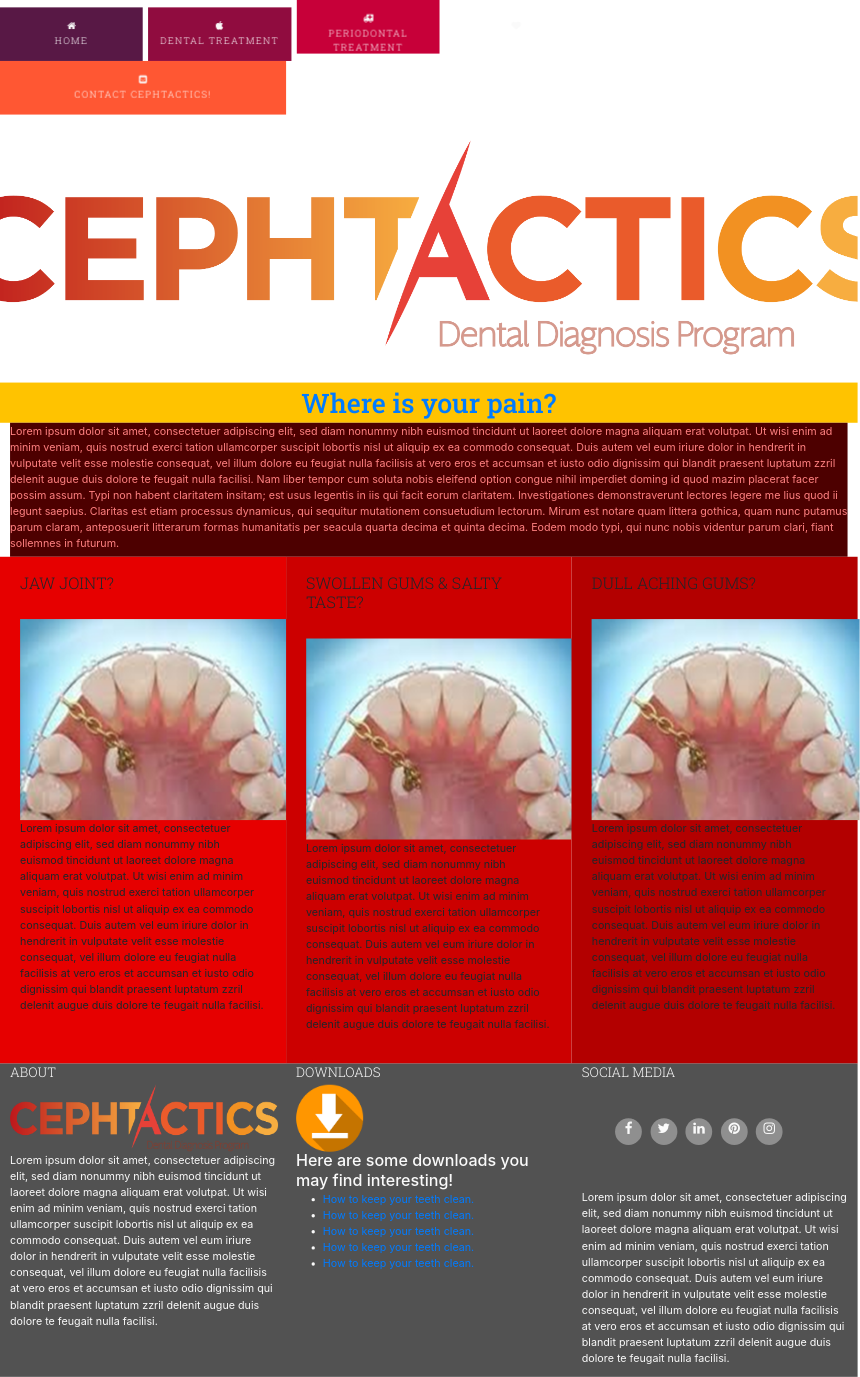
Repository: Code-Institute-Submissions/Rajjabbal-milestone-project
Page: 3other.html
The author's editor kept a record of every edit. The page is drawn from the files as they stood at one moment, then again after the next edit.
The browser window is 1280 px wide. The page is 1283 px wide, so the pictures cover 1283 px, including what lies to the right of the window. The pictures show the whole page, at 67% of full size.
Some web libraries are served in a nearby version.

Above is the page before.

### 3other.html
<!DOCTYPE html>
<html lang="en">

<head>
    <meta charset="UTF-8">
    <meta name="viewport" content="width=device-width, initial-scale=1.0">
    <meta http-equiv="X-UA-Compatible" content="ie=edge">
    <link rel="stylesheet" href="https://stackpath.bootstrapcdn.com/bootstrap/4.2.1/css/bootstrap.min.css" type="text/css" />
    <link rel="stylesheet" href="https://stackpath.bootstrapcdn.com/font-awesome/4.7.0/css/font-awesome.min.css" type="text/css" />
    <link rel="stylesheet" href="assets/css/style.css" type="text/css" />
    <link rel="stylesheet" href="https://cdnjs.cloudflare.com/ajax/libs/hover.css/2.3.1/css/hover-min.css" type="text/css" />
    <title>Milestone Project 1</title>
</head>

<body>
    <header>
        <div class="row no-gutters">
            <div class="col-md-12">
                <ul id="nav" class="list-inline menucontainer">
                    <li class="col-sm-2 ui-menu-color-home list-inline-item menuitem">
                        <a href="#" class="hvr-sweep-to-bottom"><i class="fa fa-home" aria-hidden="true"></i><span>Home</span>
                        </a>
                    </li>
                    <li class="col-sm-2 ui-menu-color-dental list-inline-item menuitem">
                        <a href="#" class="hvr-sweep-to-bottom"><i class="fa fa-apple" aria-hidden="true"></i><span>Dental Treatment</span>
                        </a>
                    </li>
                    <li class="col-sm-2 ui-menu-color-periodontal list-inline-item menuitem">
                        <a href="#" class="hvr-sweep-to-bottom"><i class="fa fa-ambulance" aria-hidden="true"></i><span>Periodontal Treatment</span>
                        </a>
                    </li>
                    <li class="col-sm-2 ui-menu-color-other list-inline-item menuitem">
                        <a href="#" class="hvr-sweep-to-bottom"><i class="fa fa-heart" aria-hidden="true"></i><span>Other Treatment</span>
                        </a>
                    </li>
                     <li class="col-sm-4 ui-menu-color-contact list-inline-item menuitem">
                        <a href="#" class="hvr-sweep-to-bottom"><i class="fa fa-envelope-square" aria-hidden="true"></i><span>Contact Cephtactics!</span>
                        </a>
                    </li>
                </ul>
            </div>
        </div>
        <div class="row no-gutters">
            <a href="index.html" class="col-md-12 logo"></a>
        </div>
        <div class="row no-gutters bg-color-question">
            <div class="col-md-12 question">
                <a href="question"> Where is your pain?</a>
            </div>
        </div>

    </header>

    <section class="container-fluid">
        <div class="blurb">
            <p>Lorem ipsum dolor sit amet, consectetuer adipiscing elit, sed diam nonummy nibh euismod tincidunt ut laoreet dolore magna aliquam erat volutpat. Ut wisi enim ad minim veniam, quis nostrud exerci tation ullamcorper suscipit lobortis nisl ut
                aliquip ex ea commodo consequat. Duis autem vel eum iriure dolor in hendrerit in vulputate velit esse molestie consequat, vel illum dolore eu feugiat nulla facilisis at vero eros et accumsan et iusto odio dignissim qui blandit praesent
                luptatum zzril delenit augue duis dolore te feugait nulla facilisi. Nam liber tempor cum soluta nobis eleifend option congue nihil imperdiet doming id quod mazim placerat facer possim assum. Typi non habent claritatem insitam; est usus
                legentis in iis qui facit eorum claritatem. Investigationes demonstraverunt lectores legere me lius quod ii legunt saepius. Claritas est etiam processus dynamicus, qui sequitur mutationem consuetudium lectorum. Mirum est notare quam littera
                gothica, quam nunc putamus parum claram, anteposuerit litterarum formas humanitatis per seacula quarta decima et quinta decima. Eodem modo typi, qui nunc nobis videntur parum clari, fiant sollemnes in futurum.
            </p>
        </div>

        <div class="row">
            <div class="col-md-4 bg-color-dental section-column">
                <h4 class="section-heading uppercase">Jaw Joint?</h4>
                <img src="./assets/images/Image.png" alt="Italian Trulli" style="width:400px; height:300px;">
                <p class="inline-block">Lorem ipsum dolor sit amet, consectetuer adipiscing elit, sed diam nonummy nibh euismod tincidunt ut laoreet dolore magna aliquam erat volutpat. Ut wisi enim ad minim veniam, quis nostrud exerci tation ullamcorper suscipit lobortis nisl
                    ut aliquip ex ea commodo consequat. Duis autem vel eum iriure dolor in hendrerit in vulputate velit esse molestie consequat, vel illum dolore eu feugiat nulla facilisis at vero eros et accumsan et iusto odio dignissim qui blandit praesent
                    luptatum zzril delenit augue duis dolore te feugait nulla facilisi.</p>
            </div>
            <div class="col-md-4 bg-color-periodontal section-column">
                <h4 class="section-heading uppercase">Swollen gums & salty taste?</h4>
                <img src="./assets/images/Image.png" alt="Italian Trulli" style="width:400px; height:300px;">
                <p class="inline-block">Lorem ipsum dolor sit amet, consectetuer adipiscing elit, sed diam nonummy nibh euismod tincidunt ut laoreet dolore magna aliquam erat volutpat. Ut wisi enim ad minim veniam, quis nostrud exerci tation ullamcorper suscipit lobortis nisl
                    ut aliquip ex ea commodo consequat. Duis autem vel eum iriure dolor in hendrerit in vulputate velit esse molestie consequat, vel illum dolore eu feugiat nulla facilisis at vero eros et accumsan et iusto odio dignissim qui blandit praesent
                    luptatum zzril delenit augue duis dolore te feugait nulla facilisi.</p>
            </div>
            <div class="col-md-4 bg-color-other section-column">
                <h4 class="section-heading uppercase">Dull aching gums?</h4>
                <img src="./assets/images/Image.png" alt="Italian Trulli" style="width:400px; height:300px;">
                <p class="inline-block">Lorem ipsum dolor sit amet, consectetuer adipiscing elit, sed diam nonummy nibh euismod tincidunt ut laoreet dolore magna aliquam erat volutpat. Ut wisi enim ad minim veniam, quis nostrud exerci tation ullamcorper suscipit lobortis nisl
                    ut aliquip ex ea commodo consequat. Duis autem vel eum iriure dolor in hendrerit in vulputate velit esse molestie consequat, vel illum dolore eu feugiat nulla facilisis at vero eros et accumsan et iusto odio dignissim qui blandit praesent
                    luptatum zzril delenit augue duis dolore te feugait nulla facilisi.</p>
            </div>
        </div>

    </section>

    <footer class="container-fluid">
        <div class="row">
            <div class="col-sm-4">
                <h5 class="uppercase general-sub">About</h5>
                <img src="./assets/images/CEP-Logo DENTAL.png" alt="Italian Trulli" style="width:400px; height:100px;">
                <p class="inline-block">
                    Lorem ipsum dolor sit amet, consectetuer adipiscing elit, sed diam nonummy nibh euismod tincidunt ut laoreet dolore magna aliquam erat volutpat. Ut wisi enim ad minim veniam, quis nostrud exerci tation ullamcorper suscipit lobortis nisl ut aliquip ex
                    ea commodo consequat. Duis autem vel eum iriure dolor in hendrerit in vulputate velit esse molestie consequat, vel illum dolore eu feugiat nulla facilisis at vero eros et accumsan et iusto odio dignissim qui blandit praesent luptatum
                    zzril delenit augue duis dolore te feugait nulla facilisi.
                </p>
            </div>
            <div class="col-sm-4">
                <h5 class="uppercase general-sub">Downloads</h5>
                <img src="./assets/images/Download.jpg" alt="Italian Trulli" style="width:100px; height:100px;">
                <h4 class="download">Here are some downloads you may find interesting!
                </h4>
                <ul class="inline-block">
                    <li>
                        <a href="#" target="_blank" class="link1">
                        <span>How to keep your teeth clean.</span>
                    </a>
                    </li>
                    <li>
                        <a href="#" target="_blank" class="link2">
                        <span>How to keep your teeth clean.</span>
                    </a>
                    </li>
                    <li>
                        <a href="#" target="_blank" class="link3">
                        <span>How to keep your teeth clean.</span>
                    </a>
                    </li>
                    <li>
                        <a href="#" target="_blank" class="link4">
                        <span>How to keep your teeth clean.</span>
                    </a>
                    </li>
                    <li>
                        <a href="#" target="_blank" class="link5">
                        <span>How to keep your teeth clean.</span>
                    </a>
                    </li>
                </ul>
            </div>
            <div class="col-sm-4">
                <h5 class="uppercase general-sub">Social Media</h5>
                <ul class="list-inline social-links">
                    <li class="list-inline-item">
                        <a target="_blank" href="#">
                            <i class="fa fa-facebook" aria-hidden="true"></i>
                            <span class="sr-only">Facebook</span>
                        </a>
                    </li>
                    <li class="list-inline-item">
                        <a target="_blank" href="#">
                            <i class="fa fa-twitter" aria-hidden="true"></i>
                            <span class="sr-only">Twitter</span>
                        </a>
                    </li>
                    <li class="list-inline-item">
                        <a target="_blank" href="#">
                            <i class="fa fa-linkedin" aria-hidden="true"></i>
                            <span class="sr-only">Linkedin</span>
                        </a>
                    </li>
                    <li class="list-inline-item">
                        <a target="_blank" href="#">
                            <i class="fa fa-pinterest" aria-hidden="true"></i>
                            <span class="sr-only">Pinterest</span>
                        </a>
                    </li>
                    <li class="list-inline-item">
                        <a target="_blank" href="#">
                            <i class="fa fa-instagram" aria-hidden="true"></i>
                            <span class="sr-only">Instagram</span>
                        </a>
                    </li>
                </ul>
                <p class="inline-block">Lorem ipsum dolor sit amet, consectetuer adipiscing elit, sed diam nonummy nibh euismod tincidunt ut laoreet dolore magna aliquam erat volutpat. Ut wisi enim ad minim veniam, quis nostrud exerci tation ullamcorper suscipit lobortis nisl
                    ut aliquip ex ea commodo consequat. Duis autem vel eum iriure dolor in hendrerit in vulputate velit esse molestie consequat, vel illum dolore eu feugiat nulla facilisis at vero eros et accumsan et iusto odio dignissim qui blandit praesent
                    luptatum zzril delenit augue duis dolore te feugait nulla facilisi.</p>
            </div>

        </div>

    </footer>

</body>

</html>

### assets/css/style.css
@import url('https://fonts.googleapis.com/css?family=Roboto+Slab:100,200,300,400,500,600,700');

/*-----colors-----*/

.bg-color-question {
    background-color: #FFC300;

}

.ui-menu-color-home {
    background-color: RGB(88, 24, 69);
}

.ui-menu-color-dental {
    background-color: RGB(144, 12, 63);
}

.ui-menu-color-periodontal {
    background-color: RGB(199, 0, 57);
}

.ui-menu-color-contact {
    background-color: RGB(255, 87, 51);
}

.ui-menu-color-statement {
    background-color: RGB(23, 32, 42);
}

.bg-color-dental {
    background-color: #e60000;
}
.bg-color-periodontal {
    background-color: #cc0000;
}
.bg-color-other {
    background-color: #b30000;
}

/*-----Special paddings/margins/text-----*/

h1,
h2,
h3,
h4 {
    margin: 0;
}

.uppercase {
    text-transform: uppercase;

}

.general-sub {
    font-family: "Roboto Slab", sans-serif;
    font-weight: 300;
    color: #fafafa;
}

.inline-block {
    display: inline-block;
}

.row-table {
    display: table;
}

.section-column {
    display: table-cell;
    padding: 0 30px 30px;
    float: none;
}

.section-heading {
    font-family: "Roboto Slab", sans-serif;
    font-weight: 300;
    margin-top: 25px;
    margin-bottom: 40px;
}

/*-----heading-----*/

header {
    margin: 0px;
}

.list-inline-item:not(:last-child) {
    max-height: 80px;

}

.menucontainer {
    font-size: 0;

}

#nav {
    margin: 0;
}

#nav li {
    font-size: 14px;
    font-family: "Roboto Slab", sans-serif;
    color: #DAF7A6;
    padding: 0;
}

.menuitem {
    height: 80px;
    text-align: center;
}

.menuitem a {
    width: 100%;
    text-decoration: none;
    color: #fff;
}

.menuitem a i {
    padding-top: 20px;
    display: block;
    color: #fafafa;
}

.menuitem span {
    display: block;
    width: 100%;
    padding-top: 5px;
    text-align: center;
    text-transform: uppercase;
    font-size: 14px;
    font-weight: 300;
    letter-spacing: 2px;
}

.logo {
    background: url("../images/CEP-Logo DENTAL.png");
    background-position: center;
    background-repeat: no-repeat;
    background-size: 1400px;
    min-height: 400px;
    padding: 0px;
    transition: all .5s ease-in-out;
    -moz-transition: all .5s ease-in-out;
    -webkit-transition: all .5s ease-in-out;
}

.picture {
    background: url("../images/BK.jpg");
    background-position: center;
    background-repeat: no-repeat;
    background-size: cover;
    min-height: 240px;
    transition: all .5s ease-in-out;
    -moz-transition: .5s ease-in-out;
    -webkit-transition: .5s ease-in-out;
}

.question {
    font-family: "Roboto Slab", sans-serif;
    font-weight: 500;
    font-size: 40px;
    margin: 0px;
    color: #ffffff;
    text-align: center;
}

/*-----hover.css-----*/

.hvr-sweep-to-bottom:before {
    background: rgba(0, 0, 0, 1);
    height: 80px;
}

/*-----section-----*/

.blurb {
    background-color: #4d0000;
    min-height: 200px;
    padding: 0;
    color: #ff8080;
}




/*-----footer-----*/

footer {
    background-color: #525252;
    color: #fafafa;
    min-height: 180px;
    margin: 0;
}

.social-links {
    padding: 50px;
}

.social-links li a i {
    width: 40px;
    height: 40px;
    padding: 12px 0;
    border-radius: 50%;
    font-size: 20px;
    line-height: 7px;
    text-align: center;
    color: #fafafa;
    background: #8f8f8f;
    transition: all 0.35s ease-in-out;
    -moz-transition: all 0.35s ease-in-out;
    -webkit-transition: all 0.35s ease-in-out;
    -o-transition: all 0.35s ease-in-out;
}

.social-links li a i:hover {
    background: #e84610;
}

#footer-details {
    padding: 20px;
}

After the next edit:
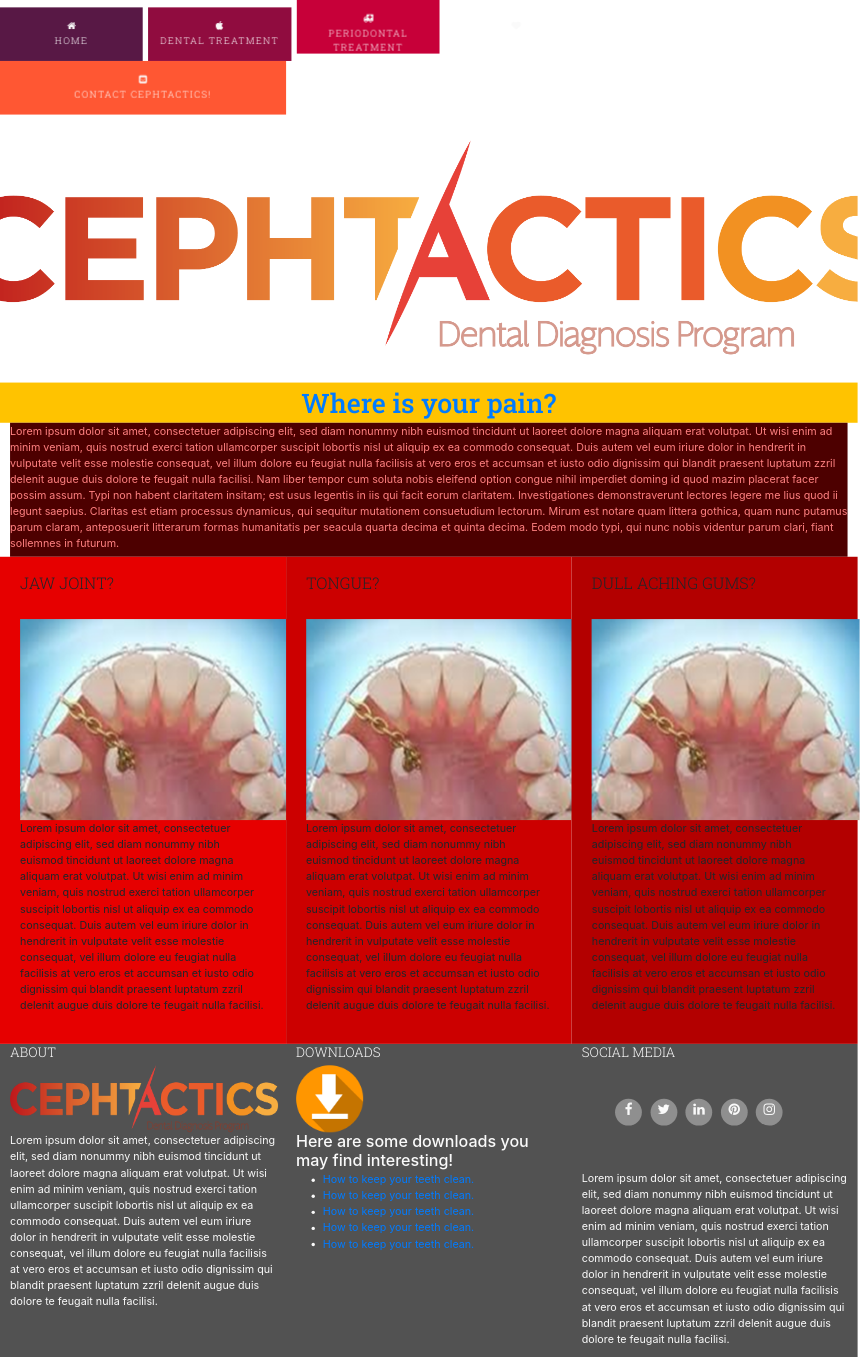
The edit:
--- a/3other.html
+++ b/3other.html
@@ -70,7 +70,7 @@
                     luptatum zzril delenit augue duis dolore te feugait nulla facilisi.</p>
             </div>
             <div class="col-md-4 bg-color-periodontal section-column">
-                <h4 class="section-heading uppercase">Swollen gums & salty taste?</h4>
+                <h4 class="section-heading uppercase">Tongue?</h4>
                 <img src="./assets/images/Image.png" alt="Italian Trulli" style="width:400px; height:300px;">
                 <p class="inline-block">Lorem ipsum dolor sit amet, consectetuer adipiscing elit, sed diam nonummy nibh euismod tincidunt ut laoreet dolore magna aliquam erat volutpat. Ut wisi enim ad minim veniam, quis nostrud exerci tation ullamcorper suscipit lobortis nisl
                     ut aliquip ex ea commodo consequat. Duis autem vel eum iriure dolor in hendrerit in vulputate velit esse molestie consequat, vel illum dolore eu feugiat nulla facilisis at vero eros et accumsan et iusto odio dignissim qui blandit praesent
